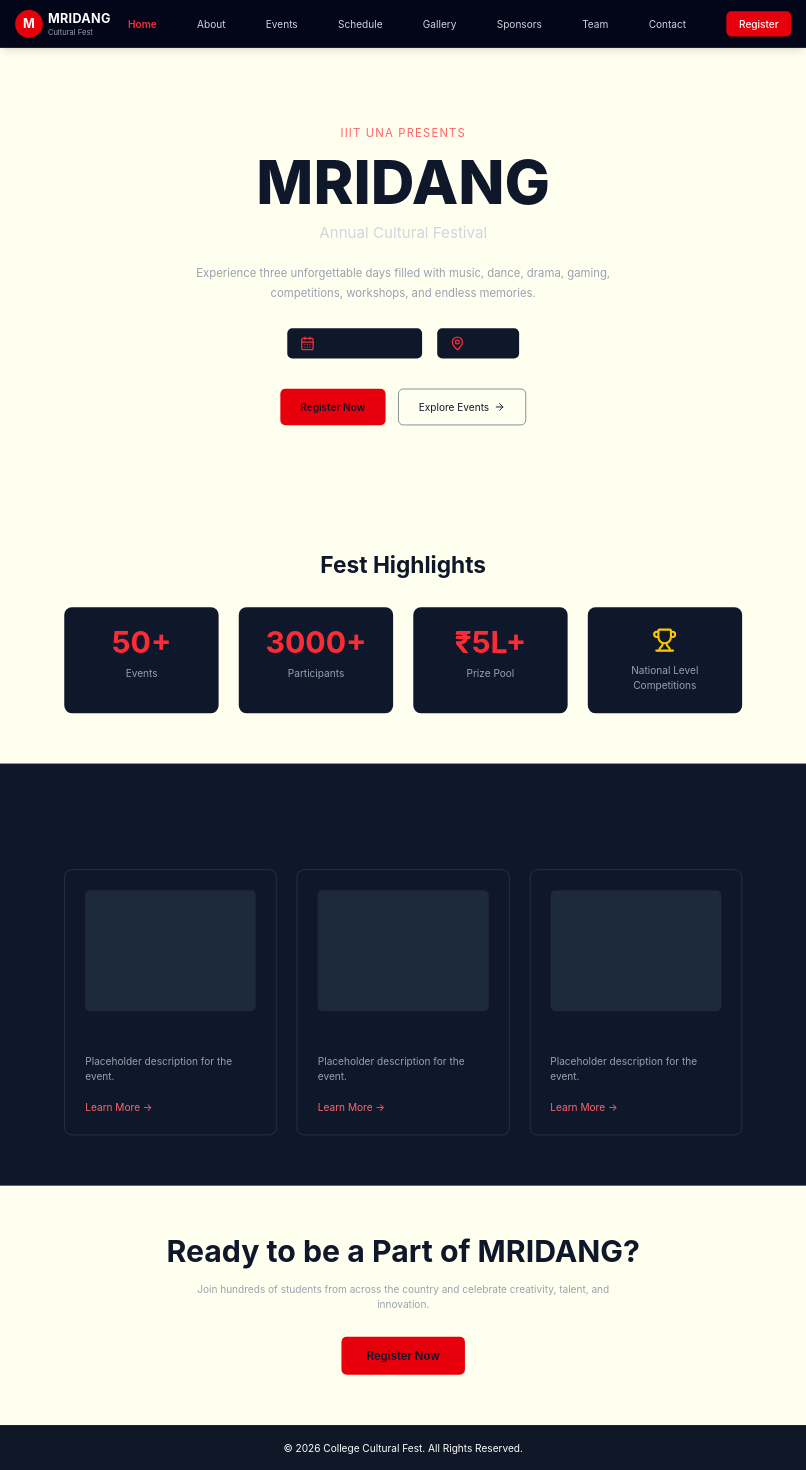
Repository: mridang-iiitu/Mridang-2k26
Page: /
An editor plug-in stored every save of this project. The page is shown before and after the next save, followed by the edit.
The browser window is 1280 px wide. The pictures show the whole page, at 63% of full size.
The project was rebuilt for these pictures with package versions that can differ from the ones it lists, and the page was loaded fresh each time. Also part of the build but not shown: vite.config.js, src/pages/About.jsx, src/pages/Events.jsx, src/pages/Schedule.jsx, src/pages/Gallery.jsx, src/pages/Sponsors.jsx, src/pages/Team.jsx, src/pages/Contact.jsx.

Above is the page before, as saved 2026-08-03 13:47:38.

### src/index.css
@import "tailwindcss";

html {
  scroll-behavior: smooth;
}

body {
  margin: 0;
  padding: 0;
  font-family: Inter, "Segoe UI", sans-serif;
  background: #FFFFF0;
  color: #1e293b;
}

* {
  box-sizing: border-box;
}

section {
  padding: 80px 8%;
}

::-webkit-scrollbar {
  width: 10px;
}

::-webkit-scrollbar-track {
  background: #0f172a;
}

::-webkit-scrollbar-thumb {
  background: #ef4444;
  border-radius: 10px;
}

::-webkit-scrollbar-thumb:hover {
  background: #dc2626;
}

::selection {
  background: #ef4444;
  color: white;
}

### src/App.jsx
import { BrowserRouter, Routes, Route } from "react-router-dom";

import Navbar from "./components/Navbar";
import Footer from "./components/Footer";

import Home from "./pages/Home";
import About from "./pages/About";
import Events from "./pages/Events";
import Schedule from "./pages/Schedule";
import Gallery from "./pages/Gallery";
import Sponsors from "./pages/Sponsors";
import Team from "./pages/Team";
import Contact from "./pages/Contact";

export default function App() {
  return (
    <BrowserRouter>
      <Navbar />

      <Routes>
        <Route path="/" element={<Home />} />
        <Route path="/about" element={<About />} />
        <Route path="/events" element={<Events />} />
        <Route path="/schedule" element={<Schedule />} />
        <Route path="/gallery" element={<Gallery />} />
        <Route path="/sponsors" element={<Sponsors />} />
        <Route path="/team" element={<Team />} />
        <Route path="/contact" element={<Contact />} />
      </Routes>

      <Footer />
    </BrowserRouter>
  );
}

### src/components/Navbar.jsx
import { Link, NavLink } from "react-router-dom";
import { Menu, X } from "lucide-react";
import { useState } from "react";

export default function Navbar() {
  const [isOpen, setIsOpen] = useState(false);

  const navItems = [
    { name: "Home", path: "/" },
    { name: "About", path: "/about" },
    { name: "Events", path: "/events" },
    { name: "Schedule", path: "/schedule" },
    { name: "Gallery", path: "/gallery" },
    { name: "Sponsors", path: "/sponsors" },
    { name: "Team", path: "/team" },
    { name: "Contact", path: "/contact" },
  ];

  return (
    <nav className="sticky top-0 z-50 bg-slate-950 text-white shadow-lg">
      <div className="mx-auto flex max-w-7xl items-center justify-between px-6 py-4">

        {/* Logo */}
        <Link to="/" className="flex items-center gap-2">
          <div className="flex h-11 w-11 items-center justify-center rounded-full bg-red-600 text-xl font-bold">
            M
          </div>

          <div>
            <h1 className="text-xl font-bold tracking-wide">
              MRIDANG
            </h1>
            <p className="text-xs text-gray-400">
              Cultural Fest
            </p>
          </div>
        </Link>

        {/* Desktop Menu */}
        <div className="hidden items-center gap-16 md:flex">
          {navItems.map((item) => (
            <NavLink
              key={item.name}
              to={item.path}
              className={({ isActive }) =>
                `transition duration-300 ${
                  isActive
                    ? "text-red-500 font-semibold"
                    : "text-gray-300 hover:text-red-400"
                }`
              }
            >
              {item.name}
            </NavLink>
          ))}

          <button className="rounded-lg bg-red-600 px-5 py-2 font-medium transition hover:bg-red-700">
            Register
          </button>
        </div>

        {/* Mobile Menu Button */}
        <button
          className="md:hidden"
          onClick={() => setIsOpen(!isOpen)}
        >
          {isOpen ? <X size={28} /> : <Menu size={28} />}
        </button>
      </div>

      {/* Mobile Menu */}
      {isOpen && (
        <div className="space-y-4 border-t border-slate-800 bg-slate-900 px-6 py-5 md:hidden">
          {navItems.map((item) => (
            <NavLink
              key={item.name}
              to={item.path}
              onClick={() => setIsOpen(false)}
              className={({ isActive }) =>
                `block ${
                  isActive
                    ? "text-red-500 font-semibold"
                    : "text-gray-300"
                }`
              }
            >
              {item.name}
            </NavLink>
          ))}

          <button className="mt-3 w-full rounded-lg bg-red-600 py-2 font-semibold hover:bg-red-700">
            Register
          </button>
        </div>
      )}
    </nav>
  );
}

### src/components/Footer.jsx
export default function Footer() {
  return (
    <footer className="bg-gray-900 text-white text-center py-6">
      <p>© 2026 College Cultural Fest. All Rights Reserved.</p>
    </footer>
  );
}

### src/pages/Home.jsx
import { CalendarDays, MapPin, Trophy, ArrowRight } from "lucide-react";

export default function Home() {
  return (
    <main className="min-h-screen bg-[#FFFFF0] text-slate-900">

      {/* Hero Section */}
      <section className="flex min-h-screen items-center justify-center px-6">
        <div className="max-w-7xl text-center">

          <p className="mb-4 text-lg text-red-400 tracking-widest uppercase">
            IIIT UNA Presents
          </p>

          <h1 className="text-6xl font-extrabold md:text-8xl">
            MRIDANG
          </h1>

          <p className="mt-4 text-2xl text-gray-300">
            Annual Cultural Festival
          </p>

          <p className="mx-auto mt-8 max-w-3xl text-lg leading-8 text-gray-400">
            Experience three unforgettable days filled with music, dance,
            drama, gaming, competitions, workshops, and endless memories.
          </p>

          <div className="mt-10 flex flex-wrap justify-center gap-6">

            <div className="flex items-center gap-2 rounded-lg bg-slate-900 px-5 py-3">
              <CalendarDays className="text-red-500" />
              20–22 March 2027
            </div>

            <div className="flex items-center gap-2 rounded-lg bg-slate-900 px-5 py-3">
              <MapPin className="text-red-500" />
              IIIT Una
            </div>

          </div>

          <div className="mt-12 flex justify-center gap-5">

            <button className="rounded-lg bg-red-600 px-8 py-4 font-semibold transition hover:bg-red-700">
              Register Now
            </button>

            <button className="flex items-center gap-2 rounded-lg border border-gray-600 px-8 py-4 hover:bg-slate-900">
              Explore Events
              <ArrowRight size={18} />
            </button>

          </div>

        </div>
      </section>

      {/* Highlights */}
      <section className="px-6 py-24">
        <div className="mx-auto max-w-7xl">

          <h2 className="mb-12 text-center text-4xl font-bold">
            Fest Highlights
          </h2>

          <div className="grid gap-8 md:grid-cols-4">

            <div className="rounded-xl bg-slate-900 p-8 text-center">
              <h3 className="text-5xl font-bold text-red-500">50+</h3>
              <p className="mt-3 text-gray-400">Events</p>
            </div>

            <div className="rounded-xl bg-slate-900 p-8 text-center">
              <h3 className="text-5xl font-bold text-red-500">3000+</h3>
              <p className="mt-3 text-gray-400">Participants</p>
            </div>

            <div className="rounded-xl bg-slate-900 p-8 text-center">
              <h3 className="text-5xl font-bold text-red-500">₹5L+</h3>
              <p className="mt-3 text-gray-400">Prize Pool</p>
            </div>

            <div className="rounded-xl bg-slate-900 p-8 text-center">
              <Trophy className="mx-auto mb-4 text-yellow-400" size={40} />
              <p className="text-gray-400">National Level Competitions</p>
            </div>

          </div>

        </div>
      </section>

      {/* Featured Events */}
      <section className="px-6 py-20 bg-slate-900">

        <div className="mx-auto max-w-7xl">

          <h2 className="mb-12 text-center text-4xl font-bold">
            Featured Events
          </h2>

          <div className="grid gap-8 md:grid-cols-3">

            {[
              "Hackathon",
              "Battle of Bands",
              "BGMI Tournament",
            ].map((event) => (
              <div
                key={event}
                className="rounded-xl border border-slate-700 p-8 transition hover:border-red-500"
              >
                <div className="mb-6 h-48 rounded-lg bg-slate-800"></div>

                <h3 className="text-2xl font-bold">
                  {event}
                </h3>

                <p className="mt-3 text-gray-400">
                  Placeholder description for the event.
                </p>

                <button className="mt-6 text-red-400 hover:text-red-500">
                  Learn More →
                </button>

              </div>
            ))}

          </div>

        </div>

      </section>

      {/* CTA */}
      <section className="px-6 py-24 text-center">

        <h2 className="text-5xl font-bold">
          Ready to be a Part of MRIDANG?
        </h2>

        <p className="mx-auto mt-6 max-w-2xl text-gray-400">
          Join hundreds of students from across the country and celebrate
          creativity, talent, and innovation.
        </p>

        <button className="mt-10 rounded-lg bg-red-600 px-10 py-4 text-lg font-semibold hover:bg-red-700">
          Register Now
        </button>

      </section>

    </main>
  );
}

Loaded but not shown: index.html (common file); src/main.jsx (common file)

After the next save:
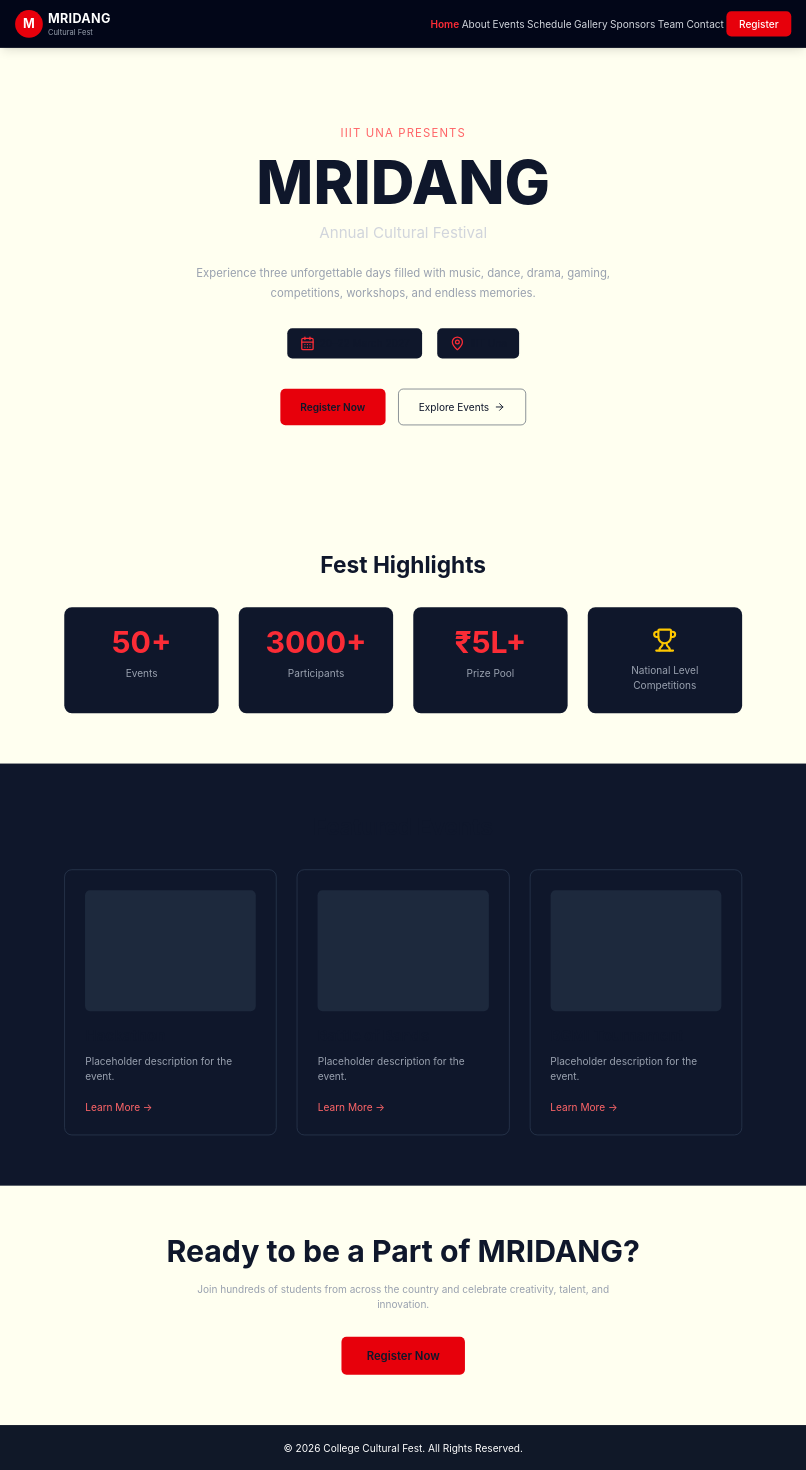
Saved 14 s later.
--- a/src/components/Navbar.jsx
+++ b/src/components/Navbar.jsx
@@ -37,7 +37,7 @@
         </Link>
 
         {/* Desktop Menu */}
-        <div className="hidden items-center gap-16 md:flex">
+        <div className="hidden items-center gap-1 md:flex">
           {navItems.map((item) => (
             <NavLink
               key={item.name}
